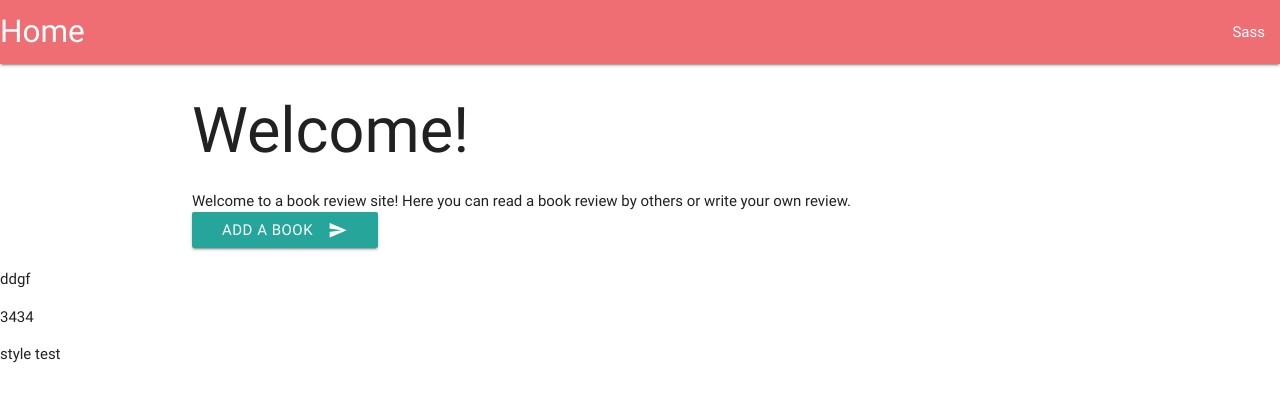
Repository: h8130084/bookReview
Page: http://localhost/
The author's editor kept a record of every edit. The page is drawn from the files as they stood at one moment, then again after the next edit.
The browser window is 1280 px wide. The pictures show the whole page.
Some web libraries are served in a nearby version. The page is served by the project's application, run on Flask 3 (app.py). Queries for data that is not in the repository find no rows.

Above is the page before.
Console error: ReferenceError: M is not defined
Not found: static/..static/style.css

After the next edit:
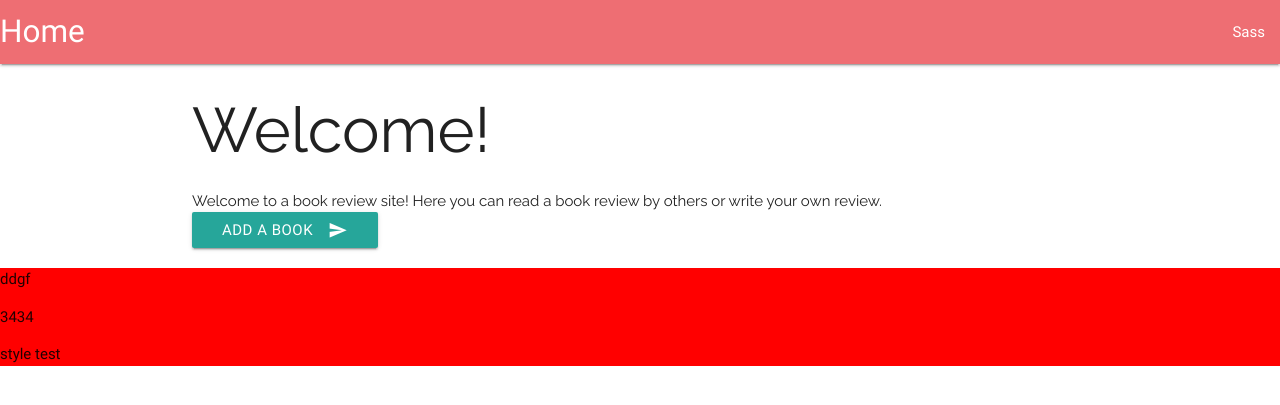
The edit:
--- a/templates/base.html
+++ b/templates/base.html
@@ -9,8 +9,8 @@
     <!-- taken from google fonts, materilaize and cdnjs -->
     <link href="https://fonts.googleapis.com/icon?family=Material+Icons" rel="stylesheet">
     <link rel="stylesheet" href="https://cdnjs.cloudflare.com/ajax/libs/materialize/0.100.2/css/materialize.min.css">
-    <link rel="stylesheet" href="{{url_for('static', filename='..static/style.css')}}" type="text/css" />
-    <!--<link rel="stylesheet" href="static/style.css" type="text/css" />-->
+    <link rel="stylesheet" href="{{url_for('static', filename='/style.css')}}" type="text/css" />
+
     <title>Document</title>
 </head>
 
